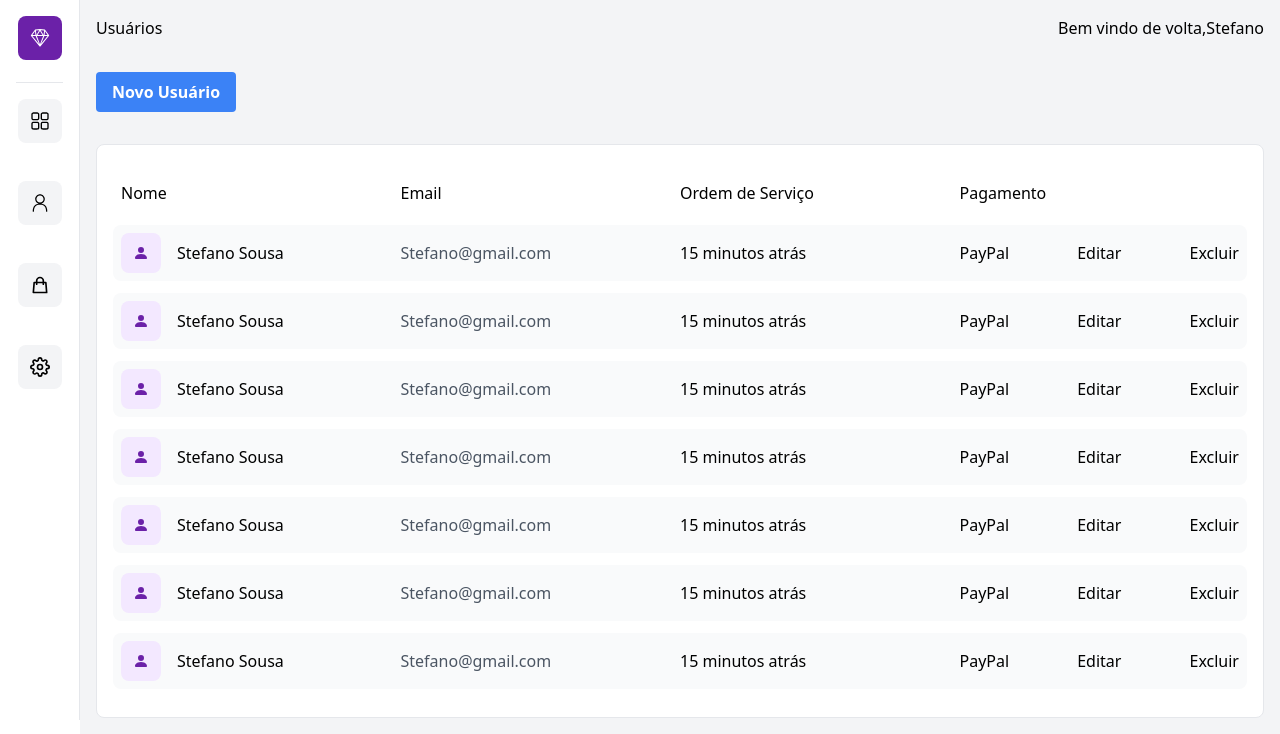
Repository: stefanosousaa/dashboard-next13
Page: /costumers
These files come from the project's save history. The page is drawn as it stood at one moment and after the next save; the edit follows.
The browser window is 1280 px wide. The pictures show the whole page.
The project was rebuilt for these pictures with package versions that can differ from the ones it lists, and the page was loaded fresh each time. The framework's server and built-in components were replaced by stand-ins that run in the browser. Also part of the build but not shown: next.config.js.

Above is the page before, as saved 2023-05-18 18:06:56.

After the next save:
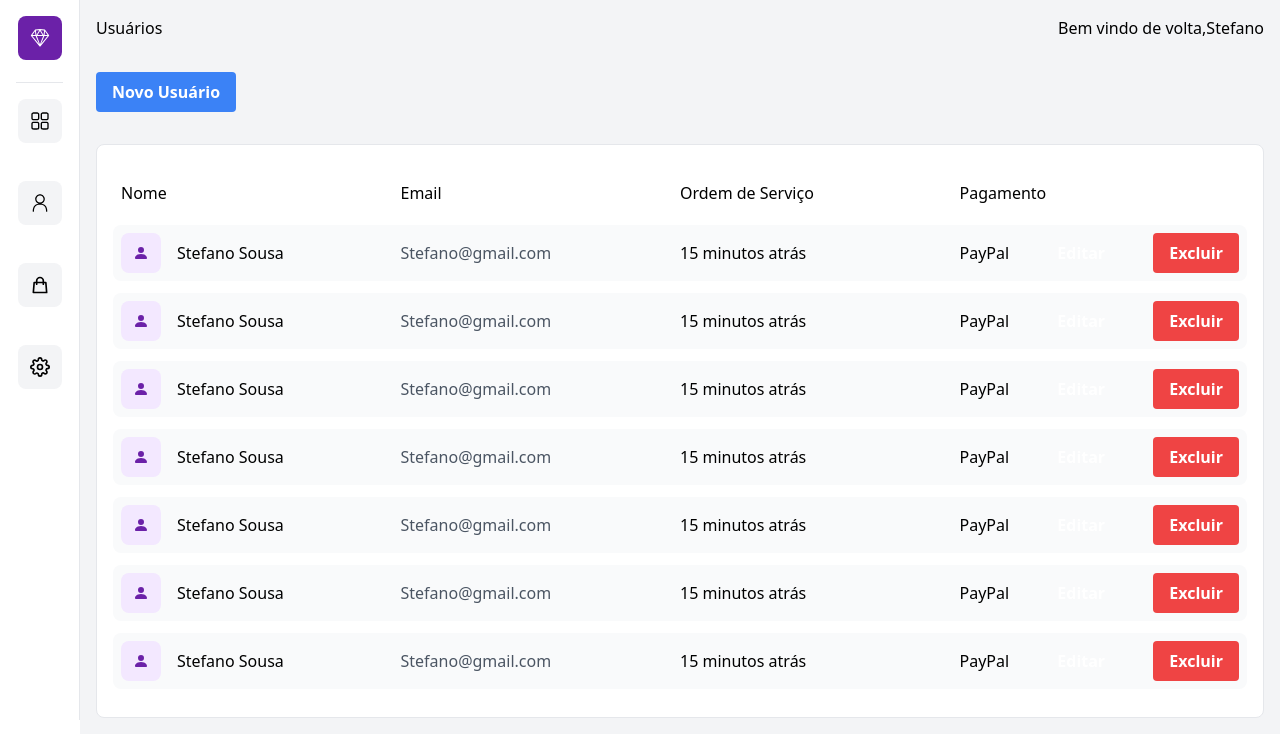
Saved 105 s later.
--- a/pages/costumers.jsx
+++ b/pages/costumers.jsx
@@ -33,8 +33,8 @@ const costumers = () => {
                       <p className='hidden md:flex'>{order.date}</p>
                       <div className='sm:flex hidden justify-between items-center'>
                         <p>{order.method}</p>
-                        <button>Editar</button>
-                        <button>Excluir</button>
+                        <button className='bg-yello-500 hover:bg-blue-700 text-white font-bold py-2 px-4 rounded'>Editar</button>
+                        <button className='bg-red-500 hover:bg-blue-700 text-white font-bold py-2 px-4 rounded'>Excluir</button>
                       </div>
                     </li>
                 ))}
